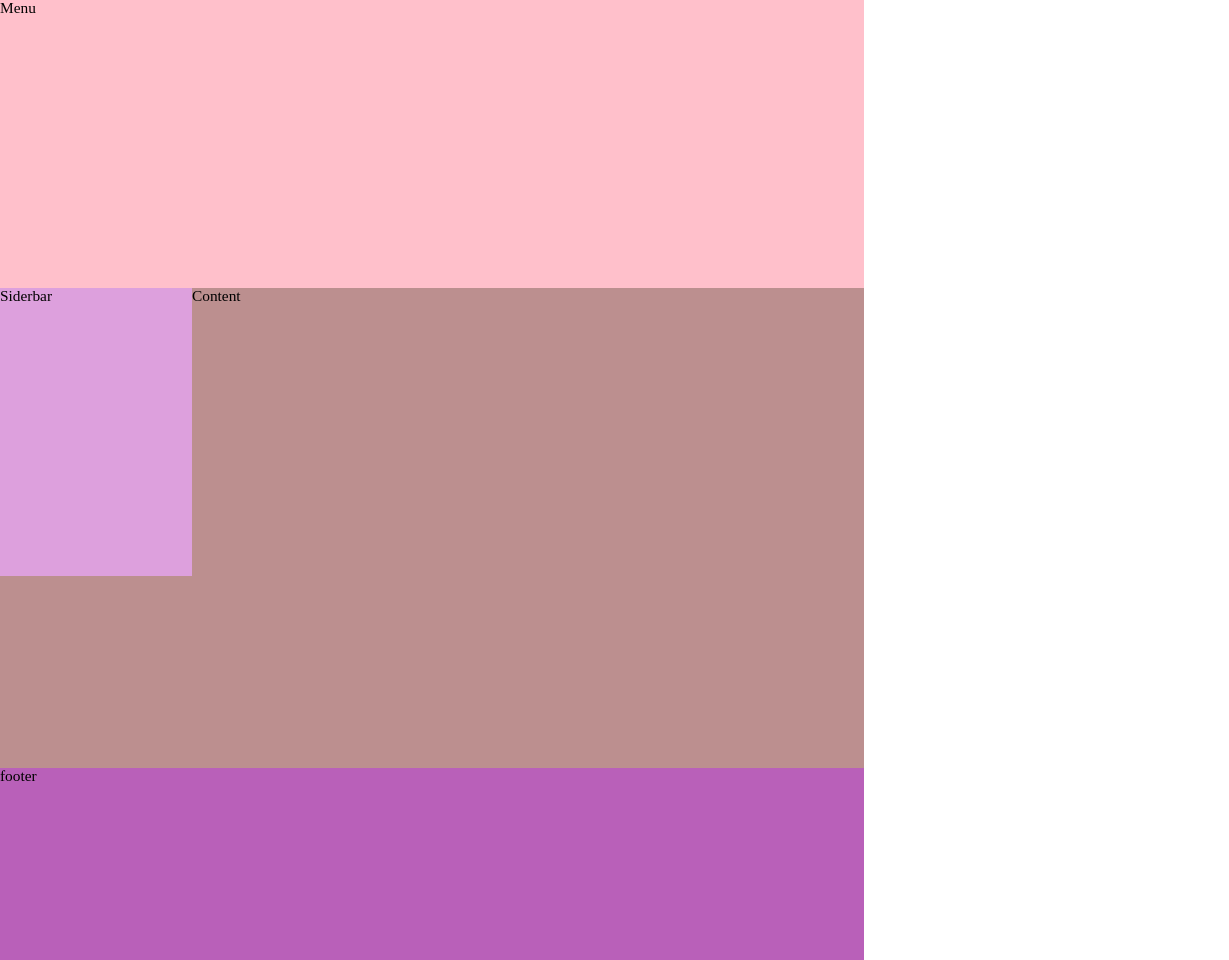
Repository: cvTuananh/Wed-famework
Page: Lab04/lab04/demo05.html
These files come from the project's save history. The page is drawn as it stood at one moment and after the next save; the edit follows.
The browser window is 1280 px wide. The pictures show the whole page, at 96% of full size.

Above is the page before, as saved 2021-09-28 19:42:39.

After the next save:
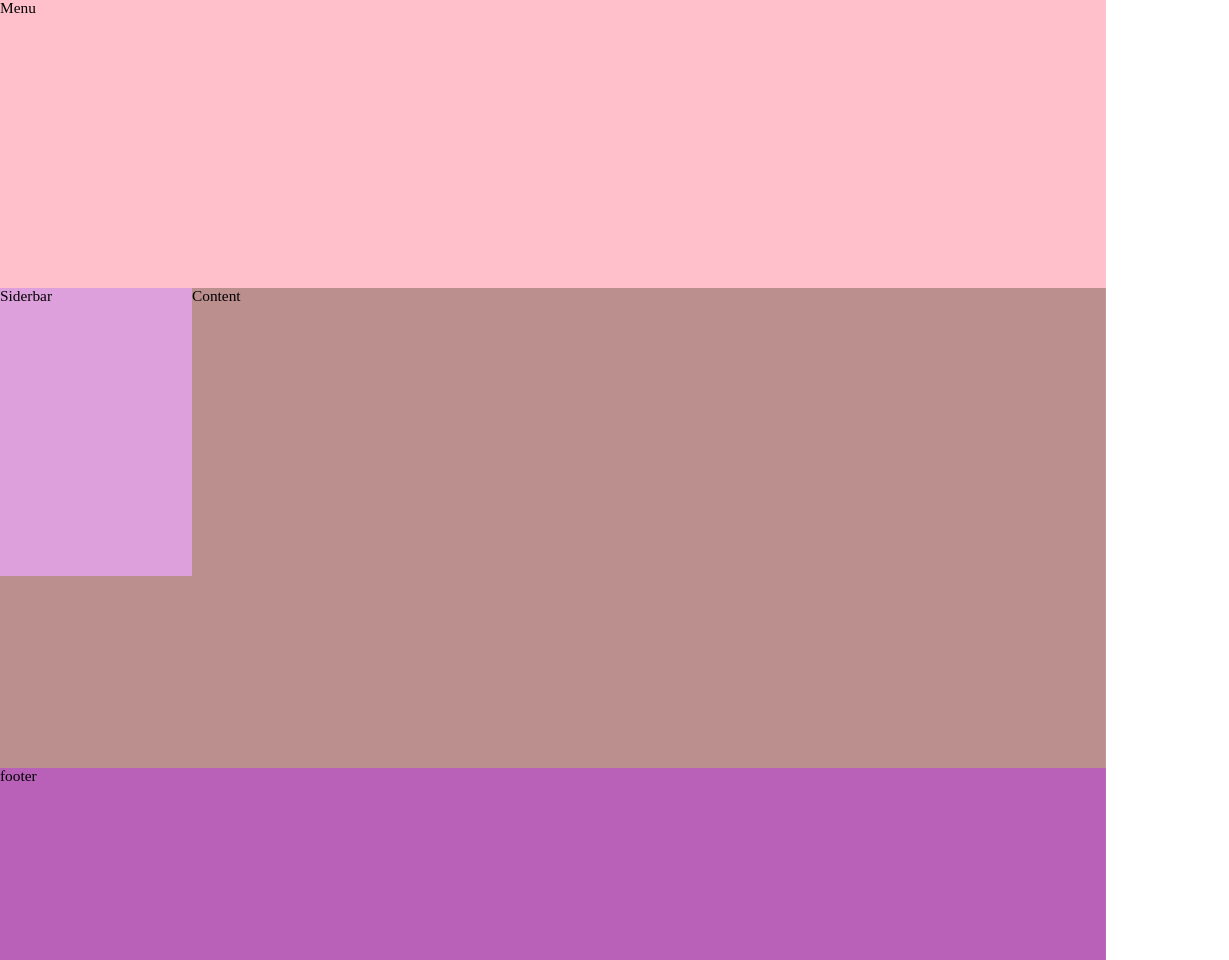
Saved 17 s later.
--- a/Lab04/lab04/css/demo05.css
+++ b/Lab04/lab04/css/demo05.css
@@ -4,7 +4,7 @@
     box-sizing: border-box;
 }
 .container{
-    width: 900px;
+    width: 90%;
 }
 nav{
     background-color: pink;
